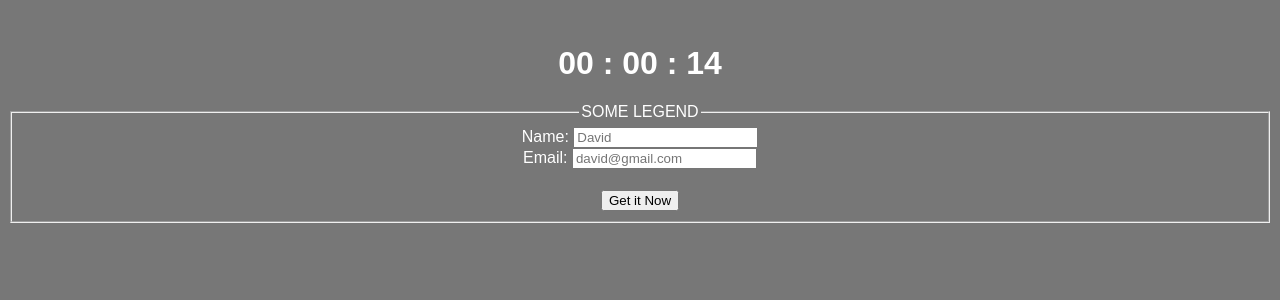
Repository: 43320888/upwork
Page: popup/index.html
These files come from the project's save history. The page is drawn as it stood at one moment and after the next save; the edit follows.
The browser window is 1280 px wide. The pictures show the whole page.

Above is the page before, as saved 2019-01-24 13:46:08.

### popup/index.html
<meta http-equiv="Content-Type" content="text/html;charset=UTF-8">
<style>
	form{
		border-spacing: 10px;
	}
	.tableRow
</style>
<script defer src="url.js"></script>
<body style="background:#0008; color:#fff; font-family: Arial, Helvetica, sans-serif; text-align: center">
	<h1><br><div></div><script src="timer.js"></script></h1>
	<form action="/" method="get">
		<fieldset>
			<legend>SOME LEGEND</legend>
			<div class="tableRow">
				<label for="name">Name:</label>
				<input type="text" id="name" name="name" value="" placeholder="David" required>
			</div>
			<div class="tableRow">
				<label for="email">Email:</label>
				<input type="text" id="address" name="email" value="" placeholder="david@gmail.com" required>
			</div>
			<div class="tableRow" style="visibility:hidden">
				<input type="text" id="city" name="prize" value="" placeholder="Los Angeles" required>
			</div>
			<div class="tableRow">
				<label></label>
				<input type="submit" value="Get it Now">
			</div>
		</fieldset>
	    </form>
</body>

### popup/url.js
(() => {
	const regexp = /winningSegment=([^&]+)/i;
	let getValue = '';
	if (!!regexp.exec(document.location.search)) {
		getValue = regexp.exec(document.location.search)[1];
		document.querySelector('h1').insertAdjacentHTML('afterbegin', `Congratulations!!!<br>${decodeURI(getValue)}`);
	}
})();

### popup/timer.js
(() => {
	const x = ['00', '00', 16];
	const j = document.querySelector('h1 div');

	const backTimer = () => {
		if (x[2]) {
			x[2]--;
			if (x[2] < 10) j.innerHTML = `${x[0]} : ${x[1]} : 0${x[2]}`;
			else j.innerHTML = x.join(' : ');
			setTimeout(backTimer, 3000);
		} else {
			// j.innerHTML = "00:00:00";
			document.body.innerHTML = `<h1>${x.join(' : ')}0<br>Time is over</h1>`;
		}
	};
	backTimer();
})();

After the next save:
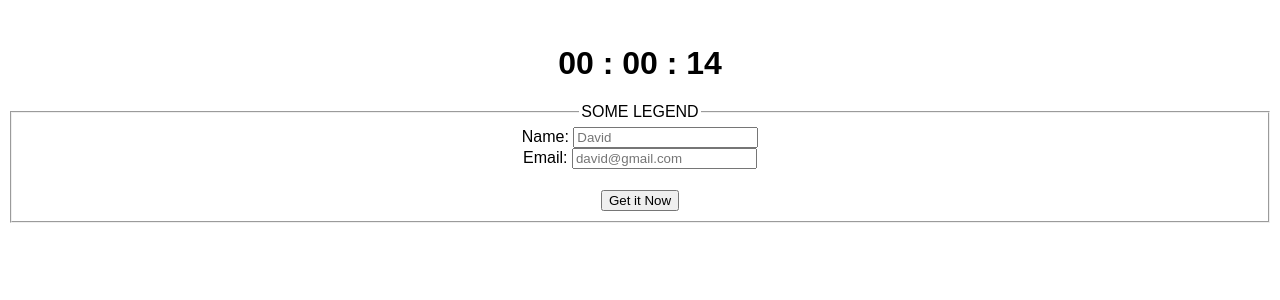
Saved 56 s later.
--- a/popup/index.html
+++ b/popup/index.html
@@ -6,7 +6,7 @@
 	.tableRow
 </style>
 <script defer src="url.js"></script>
-<body style="background:#0008; color:#fff; font-family: Arial, Helvetica, sans-serif; text-align: center">
+<body style="background:#fff8; font-family: Arial, Helvetica, sans-serif; text-align: center">
 	<h1><br><div></div><script src="timer.js"></script></h1>
 	<form action="/" method="get">
 		<fieldset>
